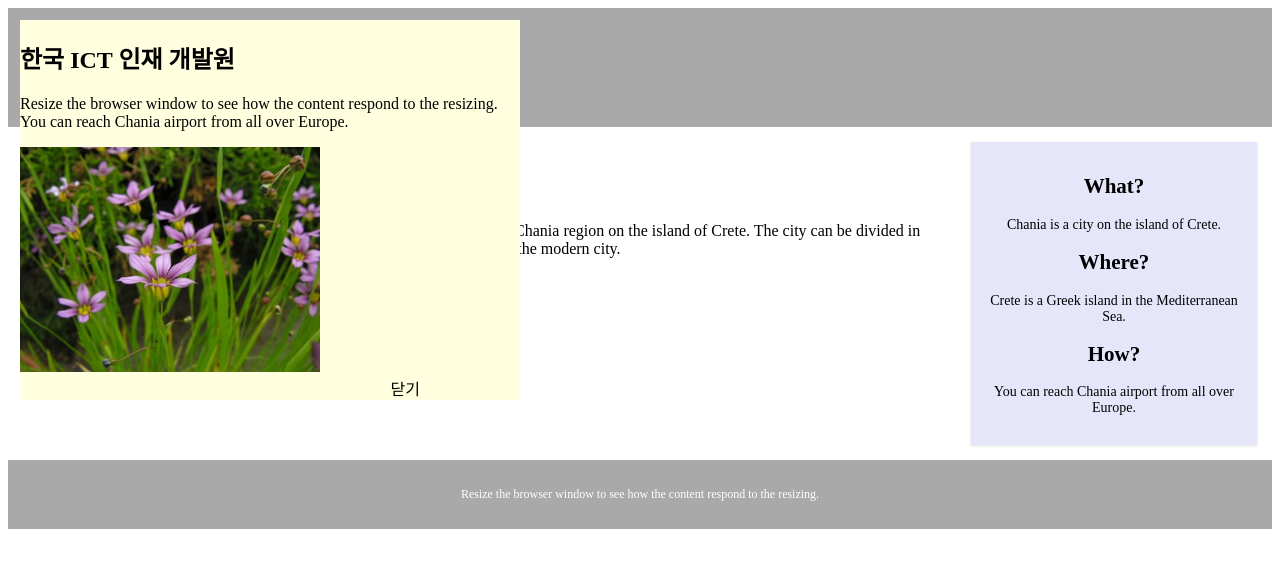
Repository: wjsjsn/23_webstudy
Page: 03_javascript/src/main/webapp/day02/Ex19_event.html
An editor plug-in stored every save of this project. The page is shown before and after the next save, followed by the edit.
The browser window is 1280 px wide. The pictures show the whole page.

Above is the page before, as saved 2023-06-28 08:12:09.

### 03_javascript/src/main/webapp/day02/Ex19_event.html
<!DOCTYPE html>
<html>
<head>
<meta charset="UTF-8">
<meta name="viewport" content="width=device width, initial-scale=1.0">
<title>반응형 웹 페이지</title>
<style type="text/css">
* {
	box-sizing: border-box;
}

.header {
	background-color: darkgray;
	color: white;
	padding: 15px;
}

/* ::after => 요소의 컨텐츠 끝 부분에 생성된 컨텐츠를 추가 */
/* ::before => 요소의 컨텐츠 시작 부분에 생성된 컨텐츠를 추가 */
/* content : "" ; => after와 before가 함께 쓰이는 content는 가짜 속성임 */
.row::after {
	content: "" ;
	clear: both;  /* float:left 해제 */
	display: block;
}

.footer {
	/*clear: both;   float:left 해제 */
	background-color: darkgray;
	color: white;
	text-align: center;
	font-size: 12px;
	padding: 15px;
}

.menu ul {
	list-style-type: none;
	margin: 0;
	padding: 0;
}

.menu li {
	padding: 8px;
	margin-bottom: 7px;
	background-color: lavender;
	box-shadow: 0 1px 3px rgba(0, 0, 0, 0.12);
}

.menu li:hover {
	background-color: snow;
	color: tomato;
}

[class *="col-"] {
	float: left;
	padding: 15px;
}

.aside {
	background-color: lavender;
	padding: 15px;
	text-align: center;
	font-size: 14px;
	box-shadow: 0 1px 3px rgba(0, 0, 0, 0.12);
}

.col-1 {width: 8.33%;}
.col-2 {width: 16.66%;}
.col-3 {width: 25%;}
.col-4 {width: 33.33%;}
.col-5 {width: 41.66%;}
.col-6 {width: 50%;}
.col-7 {width: 58.33%;}
.col-8 {width: 66.66%;}
.col-9 {width: 75%;}
.col-10 {width: 83.33%;}
.col-11 {width: 91.66%;}
.col-12 {width: 100%;}

@media only screen and (max-width: 760px) {
	[class *="col-"] {
    width: 100%;
	}
}

div#popup {
	width: 500px;
	height: auto;
	position: fixed;
	top: 20px;
	left: 20px;
	overflow: hidden;
	background-color: lightyellow;
	}
</style>
<script type="text/javascript">
function closed() {

}

</script>
</head>
<body>
	<div class="header">
		<h1>한국 ICT 인재 개발원</h1>
	</div>
	<div class="row">
		<div class="col-3 menu">
			<ul>
				<li>The Flight</li>
				<li>The City</li>
				<li>The Island</li>
				<li>The Food</li>
			</ul>
		</div>
		<div class="col-6">
			<h1>The City</h1>
			<p>Chania is the capital of the Chania region on the island of Crete.
			     The city can be divided in two parts, the old town and the modern city.</p>
		</div>
		<div class="col-3 right">
			<div class="aside">
				<h2>What?</h2>
				<p>Chania is a city on the island of Crete.</p>
				<h2>Where?</h2>
				<p>Crete is a Greek island in the Mediterranean Sea.</p>
				<h2>How?</h2>
				<p>You can reach Chania airport from all over Europe.</p>
			</div>
		</div>
	</div>
	<div class="footer">
		<p>Resize the browser window to see how the content respond to the resizing.</p>
	</div>
	<div id="popup">
		<h2>한국 ICT 인재 개발원</h2>
		<p>Resize the browser window to see how the content respond to the resizing.
		You can reach Chania airport from all over Europe.</p>
		<img src="../images/flower.jpg" width="300px;">
		<div style="text-align: right; margin-right: 100px;"><span onclick="closed()">닫기</span></div>
	</div>
</body>
</html>

After the next save:
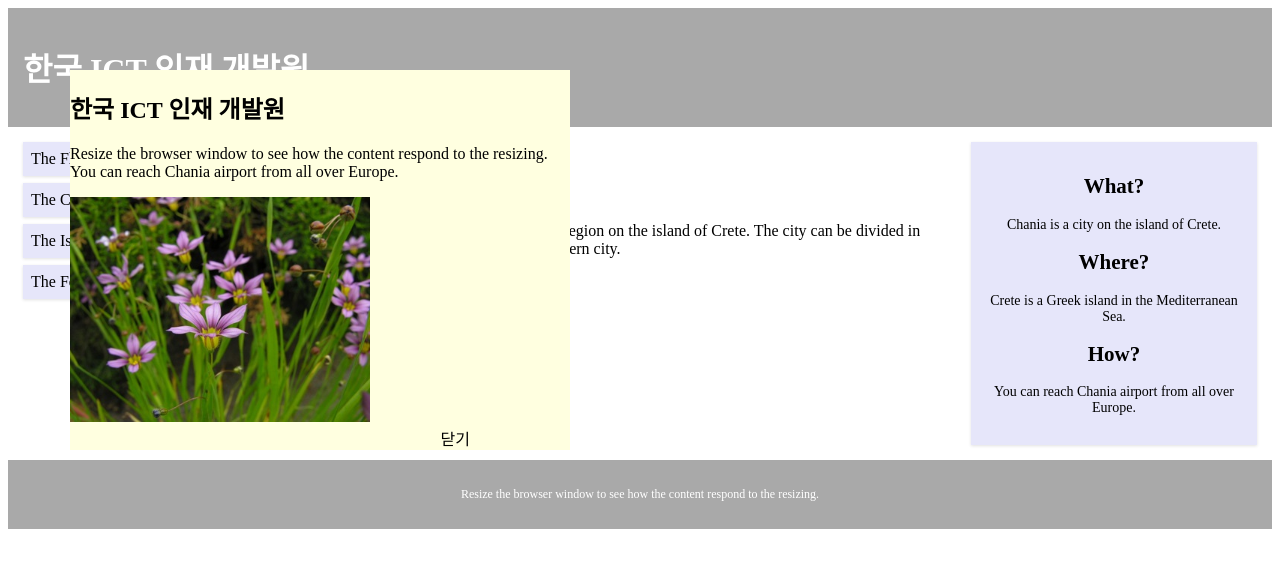
Saved 13 s later.
--- a/03_javascript/src/main/webapp/day02/Ex19_event.html
+++ b/03_javascript/src/main/webapp/day02/Ex19_event.html
@@ -91,6 +91,7 @@ div#popup {
 	left: 20px;
 	overflow: hidden;
 	background-color: lightyellow;
+	margin: 50px;
 	}
 </style>
 <script type="text/javascript">
